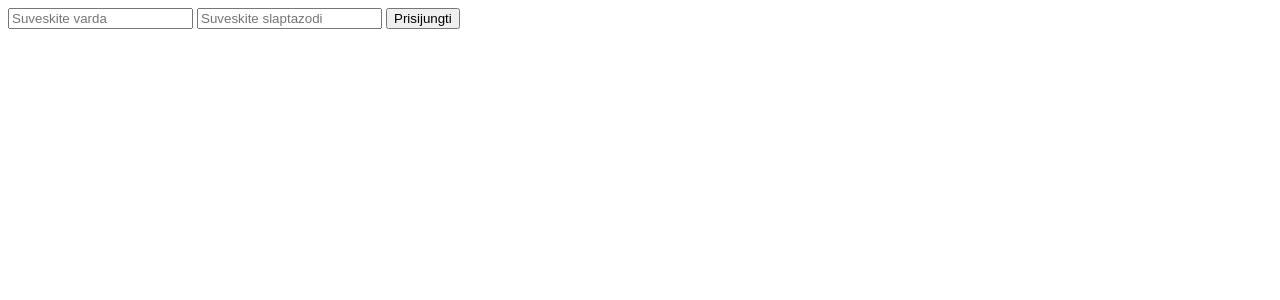
Repository: motiejus1/06-paskaita-PHP-05.31
Page: http://localhost/
The author's editor kept a copy of each file at every save. The page is drawn from the files as they stood at one save, then again after the next save.
The browser window is 1280 px wide. The pictures show the whole page.
The page is run by PHP 8.4 with error messages shown; the project is at /var/www/html/.

Above is the page before, as saved 2021-07-29 19:41:35.

### index.php
<!DOCTYPE html>
<html lang="en">
<head>
    <meta charset="UTF-8">
    <meta http-equiv="X-UA-Compatible" content="IE=edge">
    <meta name="viewport" content="width=device-width, initial-scale=1.0">
    <title>06 paskaita</title>
</head>
<body>

    <div class="prisijungimas">
        <form action="index.php" method="get">
            <input type="text" name="vardas" placeholder="Suveskite varda"/>
            <input type="password" name="slaptazodis" placeholder="Suveskite slaptazodi"/>
            <button type="submit" name="prisijungti" >Prisijungti</button>
        </form>
    </div>

    <?php

    if(isset($_GET["prisijungti"])) {

        $registruotiVartotojai = array(
            array(
                "vardas" => "admin",
                "slaptazodis" => "admin",
                "teises" => 1
            ),
            array(
                "vardas" => "admin123",
                "slaptazodis" => "admin123",
                "teises" => 2
            ),
            array(
                "vardas" => "aaadmin",
                "slaptazodis" => "aaadmin",
                "teises" => 3
            ),
            array(
                "vardas" => "adminnnn",
                "slaptazodis" => "adminnnn",
                "teises" => 1
            ),
            array(
                "vardas" => "admmmmin",
                "slaptazodis" => "admmmmin",
                "teises" => 1
            ),
            array(
                "vardas" => "admiiiin",
                "slaptazodis" => "admiiiin",
                "teises" => 3
            ),
            array(
                "vardas" => "addddmin",
                "slaptazodis" => "addddmin",
                "teises" => 1
            ),
            array(
                "vardas" => "admmmmmmmmin",
                "slaptazodis" => "admmmmmmmmin",
                "teises" => 1
            ),
            array(
                "vardas" => "aaaaaaaadmin",
                "slaptazodis" => "aaaaaaaadmin",
                "teises" => 1
            ),
            array(
                "vardas" => "admiiiinnnnn",
                "slaptazodis" => "admin",
                "teises" => 3
            ),

        );

        if (isset($_GET["vardas"]) && !empty($_GET["vardas"]) && isset($_GET["slaptazodis"]) && !empty($_GET["slaptazodis"]) )
        {
            $vardas = $_GET["vardas"];
            $slaptazodis = $_GET["slaptazodis"];

            if($vardas == "admin" && $slaptazodis == "admin") {

            } else {

            }


        } else {
            echo "Laukeliai yra tusti";
        }
        var_dump($registruotiVartotojai);
    }

// 3. Sukurkite du input laukelius. Vienas -  vardas, kitas - slaptažodis.
// Susikurkite registruotu vartotoju masyva(bent 10).
//Registruotu vartotoju masyve suvesti teisiu duomenis.
// 1 - administratorius
// 2 - vartotojas
// 3 - turinio redaguotojas
// Jei sugalvota kombinacija sutampa su tuo,
// kas įvesta į input laukelius.
//*Jei duomenys yra įvesti teisingi, vartotojas nukreipiamas į failą - manopaskyra.php.
//Kuriame mato pranesima, su "Sveikas atvykes" ir savo varda.
//*Kitu atveju, vartotojas nukreipiamas į puslapį - 404.php
 // Svetaine turi atsiminti, kad vartotojas yra prisijunges(Cookies)
 // Taip pat manopaskyra.php turi buti mygtukas "Atsijungti".

    ?>
</body>
</html>

After the next save:
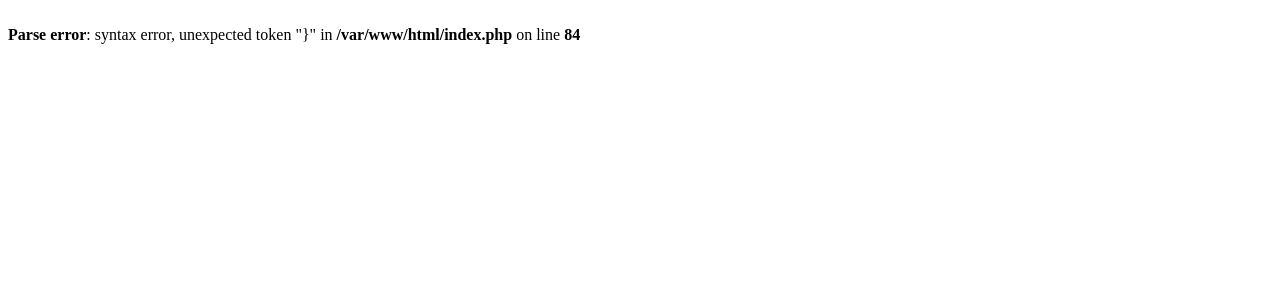
Saved 4 s later.
--- a/index.php
+++ b/index.php
@@ -80,7 +80,7 @@
             $slaptazodis = $_GET["slaptazodis"];
 
             if($vardas == "admin" && $slaptazodis == "admin") {
-
+                header()
             } else {
 
             }

After the 2 saves that followed:
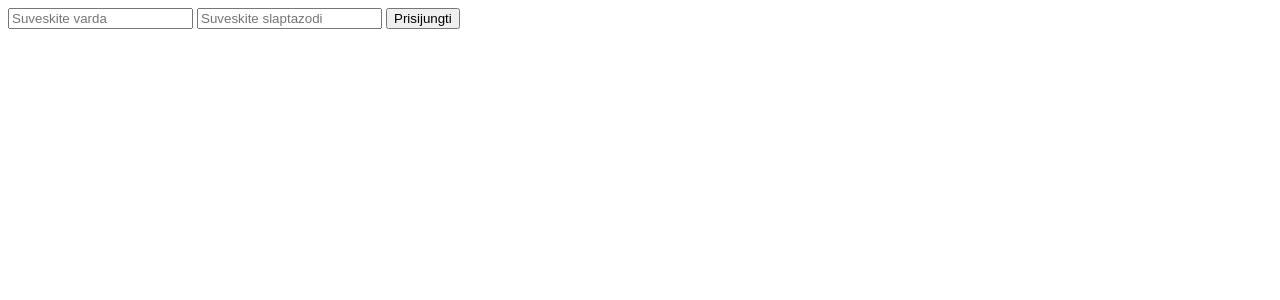
The 2 saves are shown as one change because they came seconds apart.
The last was saved 9 s later.
--- a/index.php
+++ b/index.php
@@ -80,7 +80,7 @@
             $slaptazodis = $_GET["slaptazodis"];
 
             if($vardas == "admin" && $slaptazodis == "admin") {
-                header()
+                header("Location: manopaskyra.php");
             } else {
 
             }
